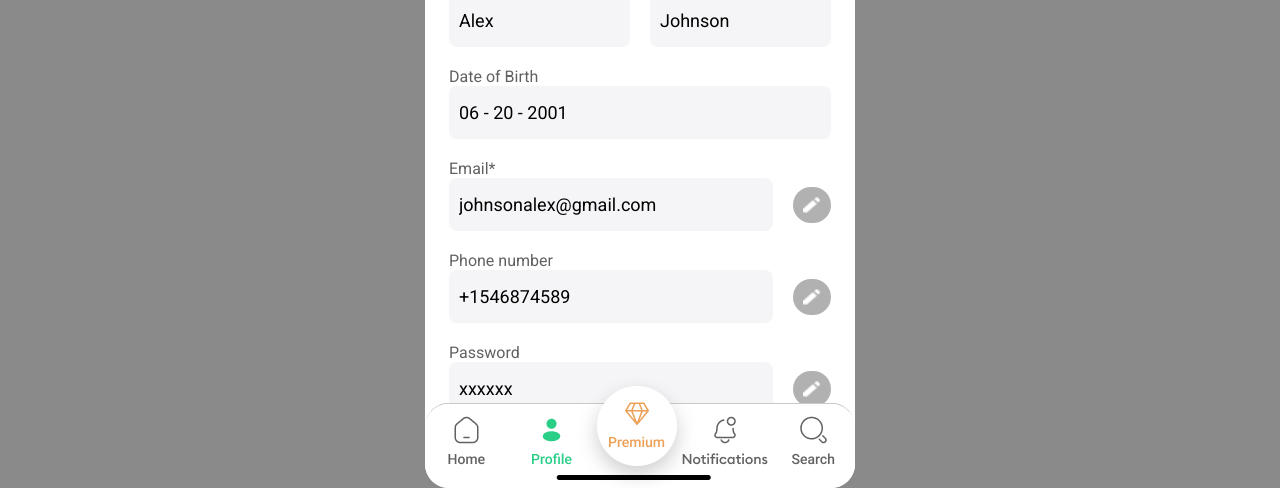
Repository: AytacSafarova/Task-figma-ui
Page: index.html
An editor plug-in stored every save of this project. The page is shown before and after a run of saves, followed by the edit.
The browser window is 1280 px wide. The pictures show the part of the page from y = 300 to 822 px (the page is 788 px tall before and 822 px after).

Above is the page before, as saved 2023-02-25 17:57:55.

### index.html
<html lang="en">
  <head>
    <meta charset="UTF-8" />
    <meta http-equiv="X-UA-Compatible" content="IE=edge" />
    <meta name="viewport" content="width=device-width, initial-scale=1.0" />
    <link rel="stylesheet" href="./index.css" />
    <title>Document</title>
  </head>
  <body>
    <div>
    <div class="container">
      <header>
        <svg
          xmlns="http://www.w3.org/2000/svg"
          width="50"
          height="50"
          fill="white"
          class="bi bi-arrow-left"
          viewBox="0 0 16 16"
        >
          <path
            fill-rule="evenodd"
            d="M15 8a.5.5 0 0 0-.5-.5H2.707l3.147-3.146a.5.5 0 1 0-.708-.708l-4 4a.5.5 0 0 0 0 .708l4 4a.5.5 0 0 0 .708-.708L2.707 8.5H14.5A.5.5 0 0 0 15 8z"
          />
        </svg>
        <div>
          <img
            class="avatar"
            src="https://s3-alpha-sig.figma.com/img/2959/89d1/9399ddb7918787ce231f61f9f97ea15b?Expires=1678060800&Signature=C0xFk0h0GI2fI57mIl2Cuhcw9C9DeaDP8Xh22a-eODWN7iSqePwfoeLfXFsw~IB6Ese5ln8LiVrVlhaY3yw~d8Dm6ruKjnM3KalJKEl13uGPoxsW6VkIzsV~XGqpju7Iyb1xsyMSHtG8yI6VMWldnPCjpLq92sj6Axz7ZpRXlxPBoNRbvPcvU~Vd5l8kXx2V67k-gkfoVdUzlOFqDgxw~hcIze3XfzWbqXykXSXDit76bF9ITX6K0DEPn6dScwHg04R4zd5oQMKrY6wMr5HT8-IYTkAgJ6ccXmgX1W4cQ6nlwhDqtiKcVc9BA8viMZhZ9Cu2cURa-73BLVnzPjvjhw__&Key-Pair-Id=APKAQ4GOSFWCVNEHN3O4"
            alt=""
          />
          <div class="circle">
            <img class="vector" src="./images/Vector (1).svg" alt="" />
          </div>
        </div>
        <h1>Alex Johnson</h1>
      </header>
      <div class="main" >
        <form action="">
            <div class="form_title collaj">
              <div class="name">
                <label> First Name </label>

                <input type="text" value="Alex" name="name" />
              </div>
              <div>
                <label> Last Name </label>

                <input type="text" value="Johnson" name="name" />
              </div>
            </div>
            <div class="collaj">
              <label> Date of Birth </label>

              <input type="text" value="06 - 20 - 2001" name="name" />
            </div>
            <div class="collaj">


                    <div class="inputLabel collaj">
                <label> Email* </label>
                <div class="iconCollaj">

                <input type="email" value="johnsonalex@gmail.com" name="name" />
            <div class="circle">
                <img class="vector" src="./images/Vector.png" alt="" />
              </div>
              </div>
            </div>

            <div class="inputLabel collaj">
                <label> Phone number </label>
                <div class="iconCollaj">

                <input type="text" value="+1546874589" name="name" />
            <div class="circle">
                <img class="vector" src="./images/Vector.png" alt="" />
              </div>
              </div>
            </div>

            <div class="inputLabel collaj">
                <label> Password </label>
                <div class="iconCollaj">

                <input type="email" value="xxxxxx" name="name" />
            <div class="circle">
                <img class="vector" src="./images/Vector.png" alt="" />
              </div>
              </div>
            </div>
    <button type="submit">Confirm</button>

          </form>
          <footer>
            <img src="./images/Frame 631814.png" alt="">
             </footer>
      </div>

    </div>

</div>

  </body>
</html>

### index.css
@import url("https://fonts.googleapis.com/css2?family=Roboto:wght@500&display=swap");
@import url("https://fonts.googleapis.com/css2?family=Roboto:wght@400;500&display=swap");
* {
  margin: 0;
  padding: 0;
  box-sizing: border-box;
  font-family: Roboto;
}

body {
  background-color: #8a8a8a;
}
.main{
    position: relative;
}
.container {
  width: 430px;
  height: 300px;
  margin: auto;
  border-radius: 24px;
  background: url("https://s3-alpha-sig.figma.com/img/57b8/21bf/6524281b206b72b0a1e17ab08fcf408b?Expires=1678060800&Signature=dZr-K2lwCE5Ckigf8QIxtUhl4TSk0ueejeN7rzCABBnDdToaoYx6nvx2pfkPRKs3~RrBl3GVAyqyEErQNYz-m44bJhV8wbvuoMJ49wxPzzn9-0Sgw35hLz0NSfZkSt4I9YBHM~4CtEH9RewWUhYXG7wU~Q673cPwz~8AbHmEhhuf-W5gD7fRQ91oeiRSaWbOoqbtEVegcvQSyFqxg~x0XWy320~T2FflFitpdu8m3Dna8qcPfX-R6h4CRemO9pB3ltmRu5sw~9qQqcKZLnXpAYFp~rEi~s35MusP6q3sR1inW15SvQsk31uTd5wMDaGITWMuBbP8cCNfFlhLJKeYrA__&Key-Pair-Id=APKAQ4GOSFWCVNEHN3O4");
}
header {
  padding-top: 37px;
  padding-left: 10px;
}
.avatar {
  width: 90px;
  height: 90px;
  border-radius: 50%;
  object-fit: fill;
}
.circle {
  width: 37.95px;
  height: 36px;

  border-radius: 24px;
  padding: 10px;
  background-color: #b1b1b1;
}
.vector {
  width: 17.95px;
  height: 16px;
}
h1 {
  font-family: Roboto;
  font-size: 24px;
  line-height: 28px;
  letter-spacing: 1%;
  color: #ffffff;
  text-align: center;
}

form {
  border-radius: 24px;
  background-color: #ffffff;
  padding-top: 34px;
  padding-left: 24px;
  padding-right: 24px;
}
.form_title {
  display: flex;
}
.form_title input {
  width: 181px;
  height: 53px;
}
input {
  background-color: #f5f5f7;

  width: 100%;
  padding-top: 16px;
  padding-bottom: 16px;
  padding-left: 10px;
  border: none;
  border-radius: 8px;
  font-weight: 400;
  color: #000000;
  font-size: 18px;
}
label {
  display: block;
  color: #616161;
}
.name {
  margin-right: 20px;
}
.collaj {
  margin-bottom: 20px;
}
.iconCollaj {
  display: flex;
}
.iconCollaj .circle {
  margin: auto;
  margin-left: 20px;
}
.inputLabel input {
  width: 337px;
  height: 53px;
}

button {
  background-color: #2fcc87;
  width: 100%;
  padding-top: 16px;
  padding-bottom: 16px;
  text-align: center;
  color: #ffffff;
  font-size: 18px;
  border: none;
  font-family: Roboto;
  font-weight: 500;
}
footer{
    position: absolute;
    left: 0;
bottom: 0;}

After the next 3 saves:
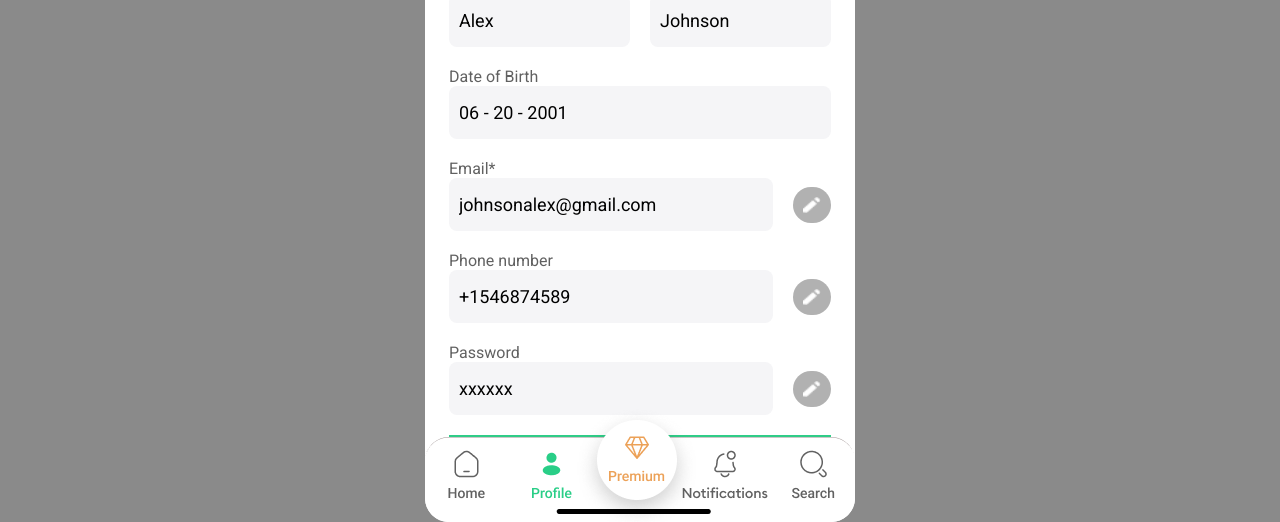
The 3 saves are shown as one change because they came seconds apart.
The last was saved 12 s later.
--- a/index.css
+++ b/index.css
@@ -105,6 +105,7 @@
   width: 100%;
   padding-top: 16px;
   padding-bottom: 16px;
+  margin-bottom: 34px;
   text-align: center;
   color: #ffffff;
   font-size: 18px;

After the save that followed:
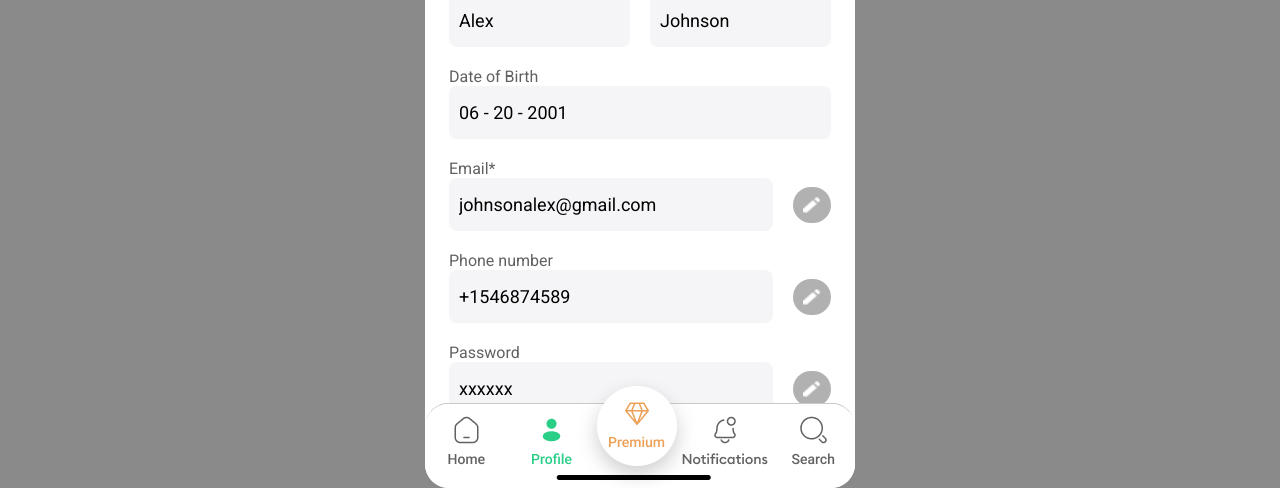
Saved 9 s later.
--- a/index.css
+++ b/index.css
@@ -105,7 +105,6 @@
   width: 100%;
   padding-top: 16px;
   padding-bottom: 16px;
-  margin-bottom: 34px;
   text-align: center;
   color: #ffffff;
   font-size: 18px;
